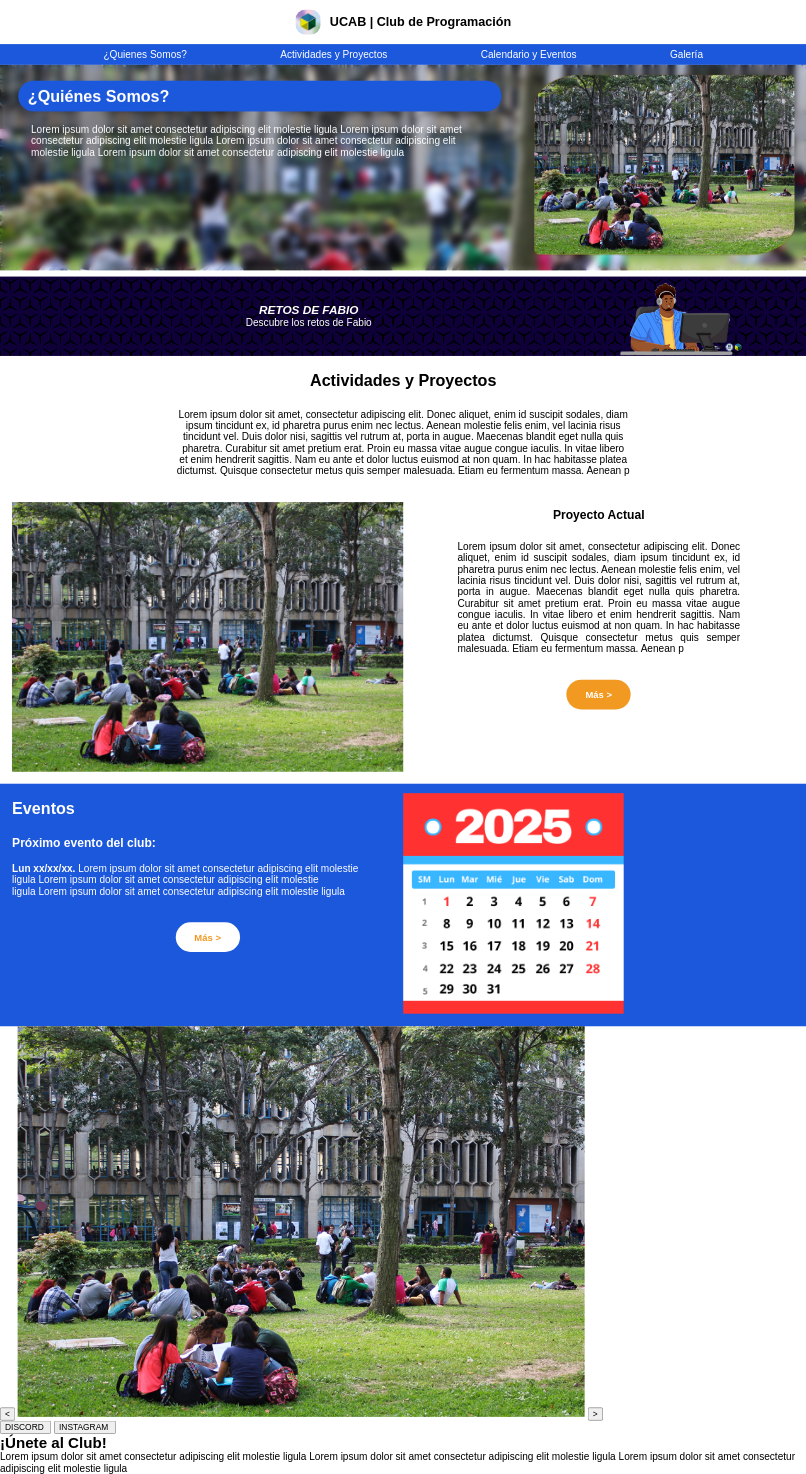
Repository: LuisR404/LandingPage
Page: Pages/QuienesSomos.html
An editor plug-in stored every save of this project. The page is shown before and after the next save, followed by the edit.
The browser window is 1280 px wide. The pictures show the whole page, at 63% of full size.

Above is the page before, as saved 2025-11-10 14:33:03.

After the next save:
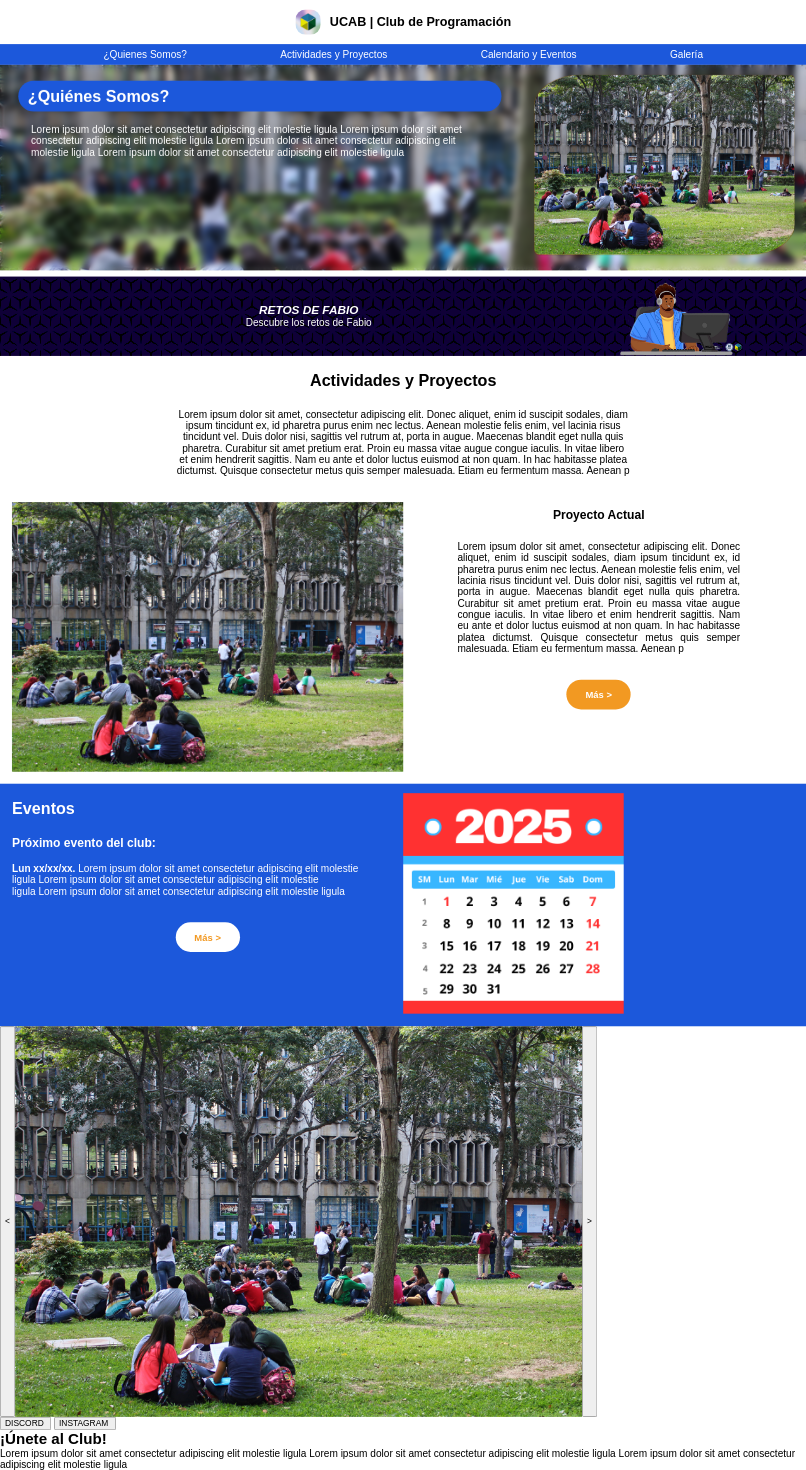
Saved 20 s later.
--- a/Styles/QuienesSomos.css
+++ b/Styles/QuienesSomos.css
@@ -331,3 +331,8 @@
 
 
 /* =========== CARRUSEL =========== */
+
+.carrusel {
+    display: flex;
+    flex-direction: row;
+}
